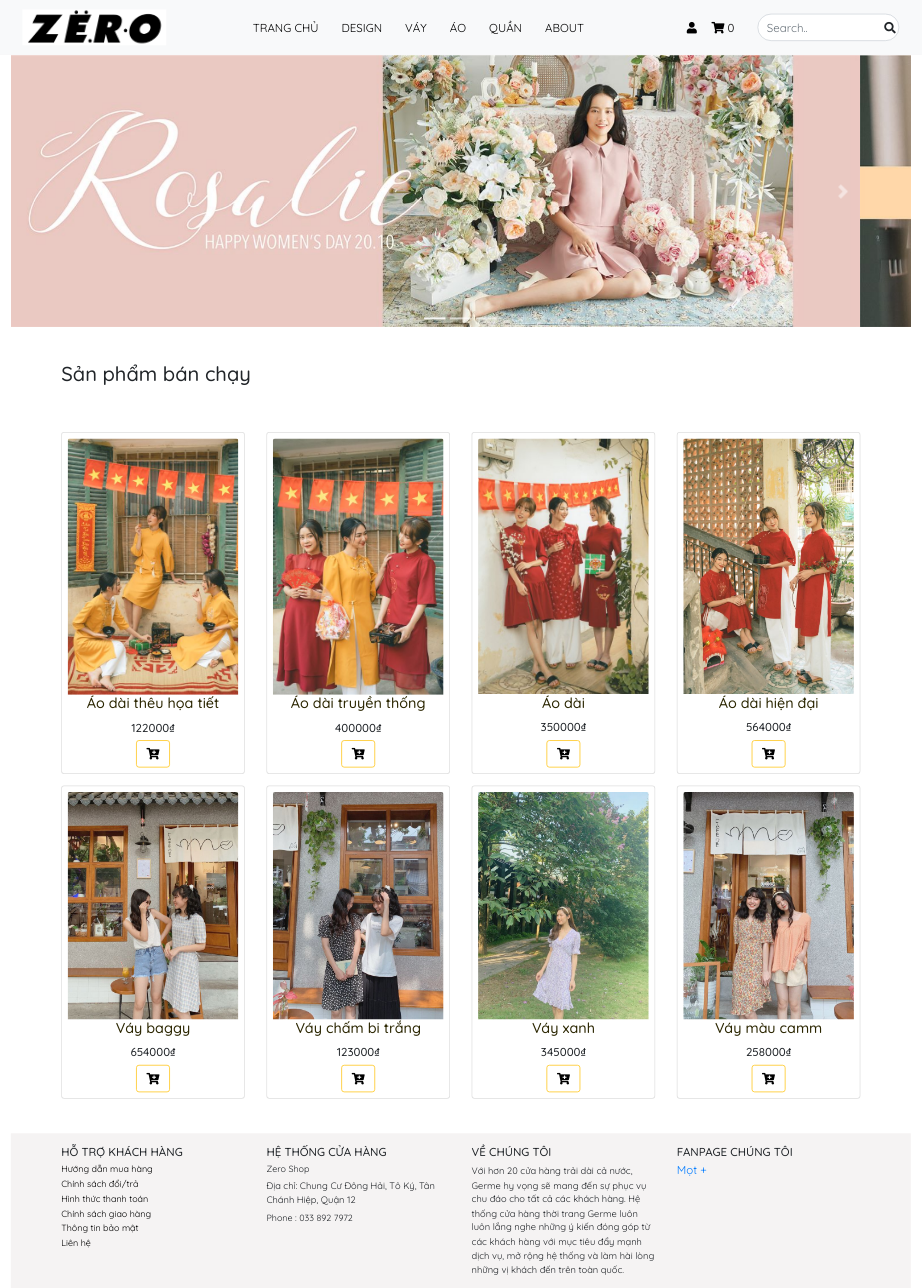
Repository: trang712/Zeroclothers
Page: index.html
These files come from the project's save history. The page is drawn as it stood at one moment and after the next save; the edit follows.
The browser window is 1280 px wide. The pictures show the whole page, at 72% of full size.
Some web libraries are served in a nearby version.

Above is the page before, as saved 2022-12-18 13:55:25.
Console error: TypeError: Cannot read properties of null (reading 'length')

### index.html
<!DOCTYPE html>
<html>

<head>
    <title>Store</title>

    <meta charset="UTF-8">
    <script src="https://code.jquery.com/jquery-3.3.1.slim.min.js"></script>
    <link rel="stylesheet" href="https://stackpath.bootstrapcdn.com/bootstrap/4.3.1/css/bootstrap.min.css">
    <link rel="stylesheet" href="css/style-1.css">

    <script src="https://cdnjs.cloudflare.com/ajax/libs/popper.js/1.14.7/umd/popper.min.js"></script>
    <script src="https://stackpath.bootstrapcdn.com/bootstrap/4.3.1/js/bootstrap.min.js"></script>
    <meta name="viewport" content="width=device-width, initial-scale=1, shrink-to-fit=no">
    <link rel="stylesheet" href="https://use.fontawesome.com/releases/v5.10.2/css/all.css">
    <link href="https://fonts.googleapis.com/css2?family=Quicksand:wght@400;500;600&display=swap" rel="stylesheet">
    <div id="fb-root"></div>
    <script async defer crossorigin="anonymous"
        src="https://connect.facebook.net/vi_VN/sdk.js#xfbml=1&version=v7.0"></script>
    <script>
        $('.carousel').carousel({
            interval: 200

        })
    </script>
</head>

<body>
    <!-- --header-- -->
    <div class="container-fluid header">
        <div class="container-fluid fixed-top bg-light">

            <nav class=" navbar  navbar-expand-lg">
                <a href="index.html" class="navbar-brand">
                    <div class="logo">
                        <img src="./img/logo-z.png" alt="">
                    </div>
                </a>
                <button class="navbar-toggler menu" data-target="#my-nav" data-toggle="collapse" aria-controls="my-nav"
                    aria-expanded="false" aria-label="Toggle navigation">
                    <span class="navbar-toggler-icon">
                        <i class="fas fa-bars"></i>
                    </span>
                </button>
                <div id="my-nav" class="collapse navbar-collapse">
                    <ul class="navbar-nav mr-auto header-menu">
                        <li class="nav-item active">
                            <a class="nav-link" href="index.html">TRANG CHỦ <span class="sr-only">(current)</span></a>
                        </li>
                        <li class="nav-item">
                            <a class="nav-link" href="#" tabindex="-1" aria-disabled="false">DESIGN</a>
                        </li>
                        <li class="nav-item">
                            <a class="nav-link" href="#" tabindex="-1" aria-disabled="true">VÁY</a>
                        </li>
                        <li class="nav-item">
                            <a class="nav-link" href="#" tabindex="-1" aria-disabled="true">ÁO</a>
                        </li>
                        <li class="nav-item">
                            <a class="nav-link" href="#" tabindex="-1" aria-disabled="true">QUẦN</a>
                        </li>
                        <li class="nav-item">
                            <a class="nav-link" href="#" tabindex="-1" aria-disabled="true">ABOUT</a>
                        </li>


                    </ul>
                    <div class="mr-3 cart">
                        <a href="#" onclick="checkLogin()">
                            <i class="fas fa-user"></i>
                        </a>


                        <a class="ml-3 mr-3" href="./cart.html">
                            <i class="fas fa-shopping-cart"></i>
                            <span id="total-item">0</span>
                        </a>

                    </div>
                    <div class="form-inline search">
                        <input type="text" class="form-control" placeholder="Search..">
                        <button type="submit" class="form-control btn">
                            <i class="fas fa-search"></i>
                        </button>
                    </div>

                </div>
            </nav>
        </div>

    </div>

    <!-- ---- -->

    <!-- --body-- -->
    <!-- --banner-- -->
    <div class="container-fluid banner">

        <div id="carouselExampleCaptions" class="carousel slide" data-ride="carousel">
            <ol class="carousel-indicators">
                <li data-target="#carouselExampleCaptions" data-slide-to="0" class="active"></li>
                <li data-target="#carouselExampleCaptions" data-slide-to="1"></li>
                <li data-target="#carouselExampleCaptions" data-slide-to="2"></li>
            </ol>
            <div class="carousel-inner">
                <div class="carousel-item active">
                    <img src="./img/banner-3.jpg" class="d-block w-100" alt="...">
                    <div class="carousel-caption d-none d-md-block">

                    </div>
                </div>
                <div class="carousel-item">
                    <img src="./img/banner-2.jpg" class="d-block w-100" alt="...">
                    <div class="carousel-caption d-none d-md-block">

                    </div>
                </div>
                <div class="carousel-item">
                    <img src="./img/banner-1.jpg" class="d-block w-100" alt="...">
                    <div class="carousel-caption d-none d-md-block">

                    </div>
                </div>
            </div>
            <a class="carousel-control-prev" href="#carouselExampleCaptions" role="button" data-slide="prev">
                <span class="carousel-control-prev-icon" aria-hidden="true"></span>
                <span class="sr-only">Previous</span>
            </a>
            <a class="carousel-control-next" href="#carouselExampleCaptions" role="button" data-slide="next">
                <span class="carousel-control-next-icon" aria-hidden="true"></span>
                <span class="sr-only">Next</span>
            </a>
        </div>

    </div>
    <!-- ---- -->
    <!-- --product-- -->
    <div class="container-fluid mt-5 mb-5">
        <div class="container product">
            <div class="h3 mb-5">Sản phẩm bán chạy</div>
            <div class="row" id="banchay">


            </div>
        </div>

    </div>

    <!-- ---- -->

    <!-- --footer-- -->
    <div class="container-fluid">

        <!-- --thongtin-- -->
        <!-- <div class="container info">

            <div class="row mt-5 mb-5">
                <div class="col-3 info-col">
                    <div class="h6">
                        GỌI MUA HÀNG(8:30 - 17:00)
                    </div>
                    <a href="tel:0395342134">

                        <i class="fas fa-phone-alt"></i>
                        033 892 7972
                    </a>

                    <div class="info-foot">Tất cả các ngày trong tuần</div>
                </div>
                <div class="col-3 info-col">
                    <div class="h6">GỌI MUA HÀNG(8:30 - 17:00) </div>

                    <a href="tel:0395342134">
                        <i class="fas fa-phone-alt"></i>
                        033 892 7972
                    </a>

                    <div class="info-foot">Tất cả các ngày trong tuần</div>
                </div>

                <div class="col-3">
                    <div class="h6">ĐĂNG KÍ NHẬN THÔNG TIN MỚI</div>
                    <form action="" class="form-inline">
                        <input type="text" class="form-control" style="width: 60%;">
                        <a href="#" class=" btn btn-outline-dark">Đăng kí</a>
                    </form>
                </div>
                <div class="col-3 info-social">
                    <div class="h6">THEO DÕI CHÚNG TÔI</div>
                    <div class="row">
                        <div class="col-3">
                            <a href="">
                                <i class="fab fa-facebook-f"></i>
                            </a>
                        </div>
                        <div class="col-3">
                            <a href="">
                                <i class="fab fa-instagram"></i>
                            </a>
                        </div>
                        <div class="col-3">
                            <a href="">
                                <i class="fab fa-youtube"></i>
                            </a>
                        </div>
                        <div class="col-3">
                            <a href="">
                                <i class="fab fa-twitter"></i>

                            </a>
                        </div>
                    </div>
                </div>
            </div>

        </div> -->
        <!-- ---- -->
        <!-- --footer-- -->
        <div class="container-fluid footer-3">
            <div class="container">
                <div class="row">
                    <div class="col-3 link-support">
                        <div class="h6">HỖ TRỢ KHÁCH HÀNG</div>
                        <ul>
                            <li>
                                <a href="">Hướng dẫn mua hàng</a>
                            </li>
                            <li>
                                <a href="">Chính sách đổi/trả</a>
                            </li>
                            <li>
                                <a href="">Hình thức thanh toán</a>
                            </li>
                            <li>
                                <a href="">Chính sách giao hàng</a>
                            </li>
                            <li>
                                <a href="">Thông tin bảo mật</a>
                            </li>
                            <li>
                                <a href="">Liên hệ</a>
                            </li>
                        </ul>
                    </div>
                    <div class="col-3 link-support">
                        <div class="h6">HỆ THỐNG CỬA HÀNG</div>
                        <ul>
                            <li>
                                Zero Shop
                            </li>
                            <li class="text">
                                Địa chỉ: Chung Cư Đông Hải, Tô Ký, Tân Chánh Hiệp, Quận 12
                            </li>
                            <li>
                                Phone : 033 892 7972
                            </li>
                        </ul>
                    </div>
                    <div class="col-3 link-support">
                        <div class="h6">VỀ CHÚNG TÔI</div>
                        <div class="text">Với hơn 20 cửa hàng trải dài cả nước, Germe hy vọng sẽ mang đến sự phục vụ chu
                            đáo cho tất
                            cả các khách hàng. Hệ thống cửa hàng thời trang Germe luôn luôn lắng nghe những ý kiến đóng
                            góp từ các khách hàng với mục tiêu đẩy mạnh dịch vụ, mở rộng hệ thống và làm hài lòng những
                            vị khách đến trên toàn quốc.</div>
                    </div>
                    <div class="col-3">
                        <div class="h6">FANPAGE CHÚNG TÔI</div>
                        <div class="fb-page" data-href="https://www.facebook.com/motplus/" data-tabs="timeline"
                            data-width="360" data-height="200" data-small-header="false"
                            data-adapt-container-width="true" data-hide-cover="false" data-show-facepile="true">
                            <blockquote cite="https://www.facebook.com/motplus/" class="fb-xfbml-parse-ignore"><a
                                    href="https://www.facebook.com/motplus/">Mọt +</a></blockquote>
                        </div>
                    </div>
                </div>
            </div>
        </div>
        <!-- ---- -->
    </div>
    <!-- ---- -->


</body>
<script src="js/product.js"></script>
<script src="js/product2.js"></script>
<script src="js/control.js"></script>
<script src="./js/user.js"></script>



</html>

### css/style-1.css

html, body, div, span, applet, object, iframe,
h1, h2, h3, h4, h5, h6, p, blockquote, pre,
a, abbr, acronym, address, big, cite, code,
del, dfn, em, img, ins, kbd, q, s, samp,
small, strike, strong, sub, sup, tt, var,
b, u, i, center,
dl, dt, dd, ol, ul, li,
fieldset, form, label, legend,
table, caption, tbody, tfoot, thead, tr, th, td,
article, aside, canvas, details, embed,
figure, figcaption, footer, header, hgroup,
menu, nav, output, ruby, section, summary,
time, mark, audio, video {
  margin: 0;
 padding: 0;
 border: 0;
 font-size: 100%;
 font: inherit;
 vertical-align: baseline;
}

/* make sure to set some focus styles for accessibility */
:focus {
    outline: 0;
}

/* HTML5 display-role reset for older browsers */
article, aside, details, figcaption, figure,
footer, header, hgroup, menu, nav, section {
 display: block;
}

body {
 line-height: 1;
}

ol, ul {
 list-style: none;
}

blockquote, q {
 quotes: none;
}

blockquote:before, blockquote:after,
q:before, q:after {
 content: '';
 content: none;
}

table {
 border-collapse: collapse;
 border-spacing: 0;
}

input[type=search]::-webkit-search-cancel-button,
input[type=search]::-webkit-search-decoration,
input[type=search]::-webkit-search-results-button,
input[type=search]::-webkit-search-results-decoration {
    -webkit-appearance: none;
    -moz-appearance: none;
}

input[type=search] {
    -webkit-appearance: none;
    -moz-appearance: none;
    -webkit-box-sizing: content-box;
    -moz-box-sizing: content-box;
    box-sizing: content-box;
}

textarea {
    overflow: auto;
    vertical-align: top;
    resize: vertical;
}

/**
 * Correct `inline-block` display not defined in IE 6/7/8/9 and Firefox 3.
 */

audio,
canvas,
video {
    display: inline-block;
    *display: inline;
    *zoom: 1;
    max-width: 100%;
}

/**
 * Prevent modern browsers from displaying `audio` without controls.
 * Remove excess height in iOS 5 devices.
 */

audio:not([controls]) {
    display: none;
    height: 0;
}

/**
 * Address styling not present in IE 7/8/9, Firefox 3, and Safari 4.
 * Known issue: no IE 6 support.
 */

[hidden] {
    display: none;
}

/**
 * 1. Correct text resizing oddly in IE 6/7 when body `font-size` is set using
 *    `em` units.
 * 2. Prevent iOS text size adjust after orientation change, without disabling
 *    user zoom.
 */

html {
    font-size: 100%; /* 1 */
    -webkit-text-size-adjust: 100%; /* 2 */
    -ms-text-size-adjust: 100%; /* 2 */
    font-family: 'Open Sans';

}

/**
 * Address `outline` inconsistency between Chrome and other browsers.
 */

a:focus {
    outline: thin dotted;
}

/**
 * Improve readability when focused and also mouse hovered in all browsers.
 */

a:active,
a:hover {
    outline: 0;
}

/**
 * 1. Remove border when inside `a` element in IE 6/7/8/9 and Firefox 3.
 * 2. Improve image quality when scaled in IE 7.
 */

img {
    border: 0; /* 1 */
    -ms-interpolation-mode: bicubic; /* 2 */
}

/**
 * Address margin not present in IE 6/7/8/9, Safari 5, and Opera 11.
 */

figure {
    margin: 0;
}

/**
 * Correct margin displayed oddly in IE 6/7.
 */

form {
    margin: 0;
}

/**
 * Define consistent border, margin, and padding.
 */

fieldset {
    border: 1px solid #c0c0c0;
    margin: 0 2px;
    padding: 0.35em 0.625em 0.75em;
}

/**
 * 1. Correct color not being inherited in IE 6/7/8/9.
 * 2. Correct text not wrapping in Firefox 3.
 * 3. Correct alignment displayed oddly in IE 6/7.
 */

legend {
    border: 0; /* 1 */
    padding: 0;
    white-space: normal; /* 2 */
    *margin-left: -7px; /* 3 */
}

/**
 * 1. Correct font size not being inherited in all browsers.
 * 2. Address margins set differently in IE 6/7, Firefox 3+, Safari 5,
 *    and Chrome.
 * 3. Improve appearance and consistency in all browsers.
 */

button,
input,
select,
textarea {
    font-size: 100%; /* 1 */
    margin: 0; /* 2 */
    vertical-align: baseline; /* 3 */
    *vertical-align: middle; /* 3 */
}

/**
 * Address Firefox 3+ setting `line-height` on `input` using `!important` in
 * the UA stylesheet.
 */

button,
input {
    line-height: normal;
}

/**
 * Address inconsistent `text-transform` inheritance for `button` and `select`.
 * All other form control elements do not inherit `text-transform` values.
 * Correct `button` style inheritance in Chrome, Safari 5+, and IE 6+.
 * Correct `select` style inheritance in Firefox 4+ and Opera.
 */

button,
select {
    text-transform: none;
}

/**
 * 1. Avoid the WebKit bug in Android 4.0.* where (2) destroys native `audio`
 *    and `video` controls.
 * 2. Correct inability to style clickable `input` types in iOS.
 * 3. Improve usability and consistency of cursor style between image-type
 *    `input` and others.
 * 4. Remove inner spacing in IE 7 without affecting normal text inputs.
 *    Known issue: inner spacing remains in IE 6.
 */

button,
html input[type="button"], /* 1 */
input[type="reset"],
input[type="submit"] {
    -webkit-appearance: button; /* 2 */
    cursor: pointer; /* 3 */
    *overflow: visible;  /* 4 */
}

/**
 * Re-set default cursor for disabled elements.
 */

button[disabled],
html input[disabled] {
    cursor: default;
}

/**
 * 1. Address box sizing set to content-box in IE 8/9.
 * 2. Remove excess padding in IE 8/9.
 * 3. Remove excess padding in IE 7.
 *    Known issue: excess padding remains in IE 6.
 */

input[type="checkbox"],
input[type="radio"] {
    box-sizing: border-box; /* 1 */
    padding: 0; /* 2 */
    *height: 13px; /* 3 */
    *width: 13px; /* 3 */
}

/**
 * 1. Address `appearance` set to `searchfield` in Safari 5 and Chrome.
 * 2. Address `box-sizing` set to `border-box` in Safari 5 and Chrome
 *    (include `-moz` to future-proof).
 */

input[type="search"] {
    -webkit-appearance: textfield; /* 1 */
    -moz-box-sizing: content-box;
    -webkit-box-sizing: content-box; /* 2 */
    box-sizing: content-box;
}

/**
 * Remove inner padding and search cancel button in Safari 5 and Chrome
 * on OS X.
 */

input[type="search"]::-webkit-search-cancel-button,
input[type="search"]::-webkit-search-decoration {
    -webkit-appearance: none;
}

/**
 * Remove inner padding and border in Firefox 3+.
 */

button::-moz-focus-inner,
input::-moz-focus-inner {
    border: 0;
    padding: 0;
}

/**
 * 1. Remove default vertical scrollbar in IE 6/7/8/9.
 * 2. Improve readability and alignment in all browsers.
 */

textarea {
    overflow: auto; /* 1 */
    vertical-align: top; /* 2 */
}

/**
 * Remove most spacing between table cells.
 */

table {
    border-collapse: collapse;
    border-spacing: 0;
}

html,
button,
input,
select,
textarea {
    color: #222;
}


::-moz-selection {
    background: #b3d4fc;
    text-shadow: none;
}

::selection {
    background: #b3d4fc;
    text-shadow: none;
}

img {
    vertical-align: middle;
}

fieldset {
    border: 0;
    margin: 0;
    padding: 0;
}

textarea {
    resize: vertical;
}

.chromeframe {
    margin: 0.2em 0;
    background: #ccc;
    color: #000;
    padding: 0.2em 0;
}
/* Chrome, Safari, Edge, Opera */
input::-webkit-outer-spin-button,
input::-webkit-inner-spin-button {
  -webkit-appearance: none;
  margin: 0;
}

/* Firefox */
input[type=number] {
  -moz-appearance: textfield;
}
body{
    font-size: 16px;
    font-family: 'Quicksand', sans-serif;
}


.header{
    background: white;
}
button .menu{
    color: black!important;
}
.menu i{
    transition: all 1s;
    font-size: 150%;
}

.menu i:hover {
    transform: rotate(-90deg);
}

.header-menu li{
    margin-left: 1rem!important;
}
.header-menu li a{
    font-weight: 400;
}
.head-info{
    color: rgb(71, 71, 71);
}
.head-info i{
    color: rgb(71, 71, 71);
    font-size: 100%!important;
    margin-top: 0.7rem;
}
.banner{
    margin-top: 6%;
}
.logo{
    width: 200px;
    margin-right: 5rem;
}
.logo img{
    width: 100%;
}
.search input{
    border-radius: 20px;
}
.search button{
    border-radius: 20px;
    position: absolute;
    left: 96%;
}
.search button i{
    font-size: 100%;
    width: auto;
}

.header nav ul li a{
    color: black;
    /* font-weight: 1000; */
border-bottom: 1px rgba(0, 0, 0, 0) solid;

}
.header nav ul li:hover a{
border-bottom: 1px black solid;
}

.product span{
    width: 20%;
    margin: 0 auto;
    /* margin-left: 40%; */
    transition: all 1s;
    color: rgb(0, 0, 0);

}
.product-title a{
    text-decoration: none;
    color: rgb(43, 38, 0)!important;
  }
.product span:hover{
    width: 90%;
}


.footer-3{
    background: rgb(245, 243, 243);
    padding: 1rem;
}


.footer-3 ul li{
    margin-top: 0.5rem;

}
.link-support ul li, .link-support ul li a{
    font-size: 12.5px;

}
.link-support ul li a{
    text-decoration: none;
    color: black;
}
.link-support ul li:hover a{
    color: brown;
}
.link-support .text{
    font-size: 13px;
    line-height: 1.5;
}

.info-col a , .info-col i{
    font-size: 28px;
    text-decoration: none!important;
    color: black;
}
.info-col a i{
    color: red;
}
.info-col:hover a, .info-col:hover i {
    color: rgba(3, 189, 111, 0.966);
}
.info-social i{
    font-size: 26px;
}
.info-foot{
    font-size: 14px;
    margin-top: 0.8rem;
}
.minus-item{
    /* margin-left: 2rem; */
    border-radius: 0!important;
}
.cart-count{
    border: 1px black solid!important;
    margin: 0 0.5px!important;
    border-radius: 0!important;
}
.cart i{
    color: black;
}
.thanhtoan{
    width: 100%;
}
.thanhtoan button{
    width: 95%;

}
.thanhtoan .price{
    background: rgba(180, 180, 180, 0.192);
    border-radius: 9px;
    padding: 1rem;
}
/* .price-text{
    font-family: 'Quicksand', sans-serif;
    font-size: 120%;

} */
.total-1{
    font-size: 120%;
}
.total{
    font-size: 150%;
    color: red;
}
.require-cart{
    display: none;

  }
  .thongtins{
    display: none;
    position: fixed;
    width: 60%;
    top: 20%;
    left: 20%;
  }
  #xacnhandathang{
    display: none;
    position: fixed;
    width: 60%;
    top: 20%;
    left: 20%;
  }
.chitietsanpham{
    padding-top: 2.5rem;
}
.sanpham{
    display: flex;
}

.sanpham .hinhanh{
    width: 60%;
}
.sanpham .hinhanh img{
    width: 100%;
}
.sanpham .content{
    display: flex;
    flex-direction: column;
    padding-left: 2rem;
}
.sanpham .content .title-name{
    display: block;
}
.sanpham .content .title-ma{
    display: block;
}
.sanpham .content .title-trangthai{
    display: block;
    margin: 0.5rem 0;
font-weight: 700;
}
.title{
    border-bottom: 1px solid rgba(75, 75, 75, 0.13);
    margin-bottom: 0.5rem;
}
.content .price{
    font-weight: 700;
    font-size: 150%;
}
.themhang{
    margin-top: 1rem;
}
.giaohang{
    display: flex;
    margin-top: 1rem;
    margin-left: 0rem;
}
.giaohang-content p{
    font-size: 80%;
    font-weight: 400;
}
.giaohang-content h4{
    font-weight: 450;
}
.giaohang-content{
    margin-left: 0.7rem;
}
.cart:hover a{
    text-decoration: none;
}
#total-item{
    color: black;
    text-decoration: none;
  }
  #total-item:hover{
    text-decoration: none;
  }

Loaded but not shown: js/control.js (372 lines, source omitted); js/user.js (237 lines, source omitted); js/product2.js (93 lines, source omitted); js/product.js (94 lines, source omitted)

After the next save:
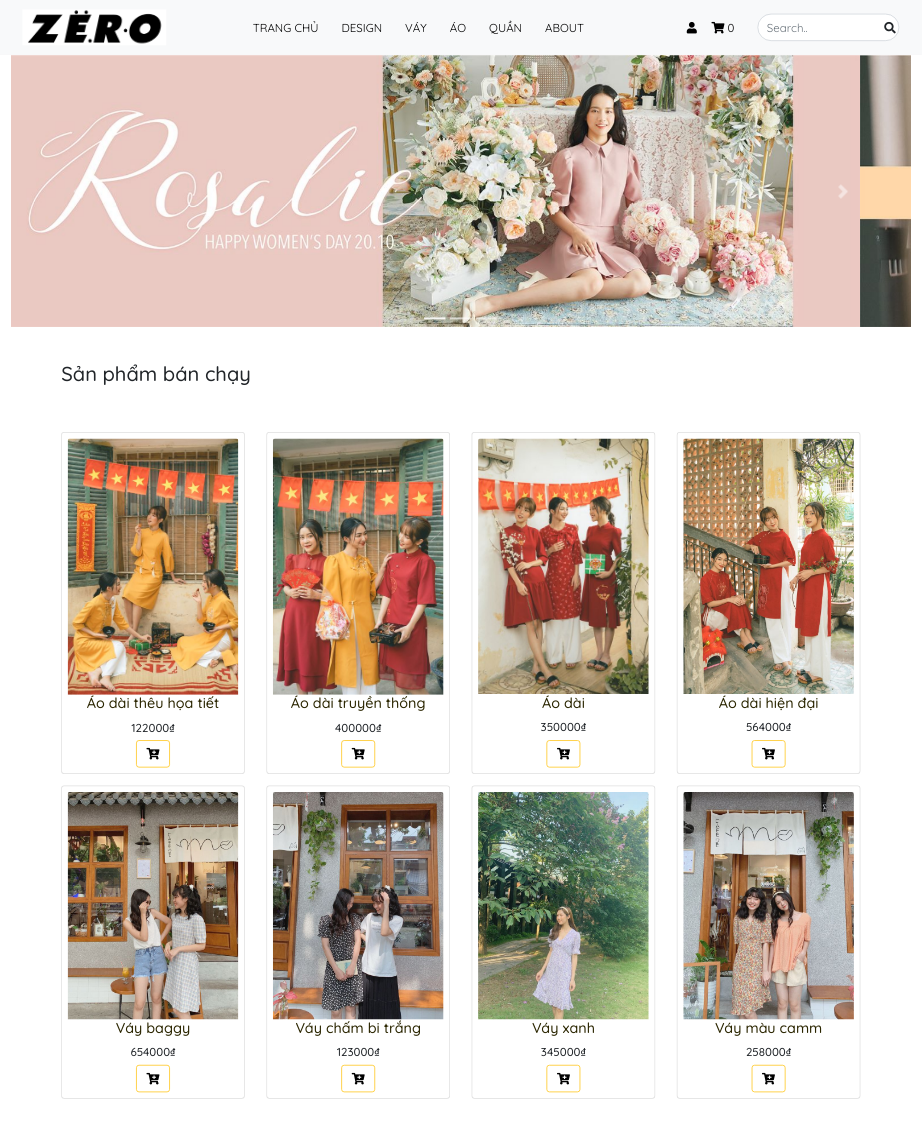
Saved 9 s later.
--- a/index.html
+++ b/index.html
@@ -216,7 +216,7 @@
         </div> -->
         <!-- ---- -->
         <!-- --footer-- -->
-        <div class="container-fluid footer-3">
+        <!-- <div class="container-fluid footer-3">
             <div class="container">
                 <div class="row">
                     <div class="col-3 link-support">
@@ -275,7 +275,7 @@
                     </div>
                 </div>
             </div>
-        </div>
+        </div> -->
         <!-- ---- -->
     </div>
     <!-- ---- -->
